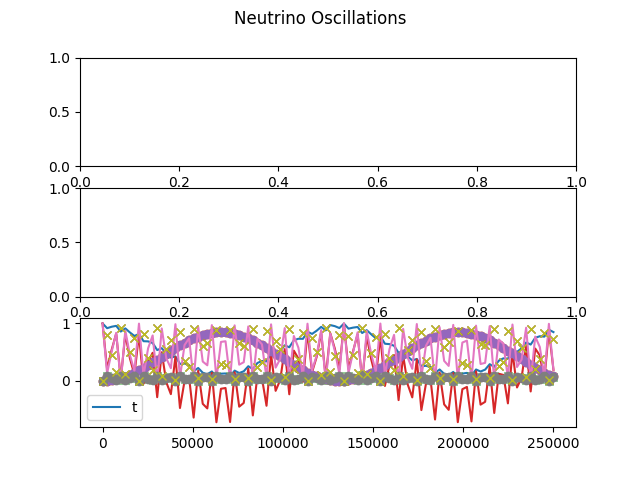
Repository: MichaelCullen2011/QuantumAndNeutrinos
Script's output: python neutrinos.py
An editor plug-in stored every save of this project. The script's output is shown before and after a run of saves, followed by the edit.
Random numbers start from a fixed seed.

Above is the script's output before, as saved 2021-06-02 16:32:40.

### neutrinos.py
import numpy as np
import matplotlib.pyplot as plt


'''
To Do           - tau interactions
                - clean up constant variables into dicts or lists
'''


'''
Variables and Constants
'''
# # Constants
# Mass difference squared between two flavour states
delta_m_sq = {'eu': 7.53e-5, 'tu': 2.44e-3, 'te': 2.44e-3, 'ue': 7.53e-5, 'ut': 2.44e-3, 'et': 2.44e-3}     # eV**2
delta_m_e_mu_sq = 7.53e-5      # eV**2
delta_m_tau_mu_sq = 2.44e-3    # eV**2  # can be +ve or -ve
delta_m_tau_e_sq = 2.44e-3     # eV**2  # can be +ve or -ve
delta_m_mu_e_sq = delta_m_e_mu_sq      # eV**2
delta_m_mu_tau_sq = delta_m_tau_mu_sq    # can be +ve or -ve
delta_m_e_tau_sq = delta_m_tau_e_sq     # eV**2

# Angle between flavour states
sin_q_theta = {'eu': 0.846, 'tu': 0.92, 'te': 0.093, 'ue': 0.846, 'ut': 0.92, 'et': 0.093}
sin_sq_theta_e_tau = 0.093
sin_sq_theta_e_mu = 0.846
sin_sq_theta_mu_tau = 0.92      # actually > 0.92 but it varies on atmospheric values
sin_sq_theta_mu_e = sin_sq_theta_e_mu
sin_sq_theta_tau_e = sin_sq_theta_e_tau
sin_sq_theta_tau_mu = sin_sq_theta_mu_tau

G_f = 1.1663787e-5         # GeV-2
sin_sq_theta_w = 0.22290        # Weinberg angle
m_e = 0.511 * 1e-3     # GeV c-2
m_u = 105 * 1e-3       # GeV c-2
sigma_naught = 1.72e-45         # m**2 / GeV

# # Variables
m_out = 10       # reactant mass out (electrons, muons etc)
m_in = 1000        # reactant mass in (electrons, muons etc)
E_v = 100     # Neutrino energy
L = 10       # distance oscillating (for oscillation)
E = E_v     # Neutrino beam energy
d = 10       # distance travelled (for decoherence)



'''
Oscillation Probabilities   -   p_oscill = (np.sin(2 * theta))**2 * (np.sin((delta_m_sq * L) / (4 * E)))**2
'''
class Oscillations:
    def __init__(self, distance):
        self.prob_list = {
            'eu': [], 'et': [],
            'ue': [], 'ut': [],
            'te': [], 'tu': [],
            'ee': [], 'uu': [],     # do these last as theyre calculated based on the previously calculated
            'tt': [],
        }

        self.prob_reduced = {
            'e': [],
            'u': [],
            't': []
        }

        self.prob_neut = []

        self.max_points = 100      # Number of points
        E = 4      # GeV
        self.L = distance    # Km
        self.x_range = np.linspace(0, self.L / E, self.max_points)
        theta_range = np.linspace(0, 2 * np.pi, self.max_points)

    def calculate(self):
        for x in self.x_range:
            # print(f"Calculated Probability of {self.max_points}")
            for change in self.prob_list.keys():
                if change not in ['ee', 'uu', 'tt']:
                    self.prob_list[change].append(Oscillations.prob(self, flavours=change, x=x))
            self.prob_list['ee'].append(1 - (self.prob_list['eu'][-1] + self.prob_list['et'][-1]))
            self.prob_list['uu'].append(1 - (self.prob_list['ue'][-1] + self.prob_list['ut'][-1]))
            self.prob_list['tt'].append(1 - (self.prob_list['te'][-1] + self.prob_list['tu'][-1]))

        self.prob_reduced['e'] = [self.prob_list['ee'], self.prob_list['eu'], self.prob_list['et']]
        self.prob_reduced['u'] = [self.prob_list['uu'], self.prob_list['ue'], self.prob_list['ut']]
        self.prob_reduced['t'] = [self.prob_list['tt'], self.prob_list['te'], self.prob_list['tu']]
        Oscillations.plot(self)

    def plot(self):
        fig, axs = plt.subplots(3)
        fig.suptitle('Neutrino Oscillations')

        for initial_flavours, probs in self.prob_reduced.items():
            plt.plot(self.x_range, probs[0], '-')
            plt.plot(self.x_range, probs[1], 'o')
            plt.plot(self.x_range, probs[2], 'x')
            plt.legend(initial_flavours)
        # plt.legend(self.prob_neut.keys())
        plt.show()

    def prob(self, flavours, x):
        if flavours == 'eu':
            prob = sin_sq_theta_e_mu * np.square(np.sin(1.27 * delta_m_e_mu_sq * x / 4))
        elif flavours == 'et':
            prob = sin_sq_theta_e_tau * np.square(np.sin(1.27 * delta_m_e_tau_sq * x / 4))
        elif flavours == 'ue':
            prob = sin_sq_theta_e_mu * np.square(np.sin(1.27 * delta_m_mu_e_sq * x / 4))
        elif flavours == 'ut':
            prob = sin_sq_theta_mu_tau * np.square(np.sin(1.27 * delta_m_mu_tau_sq * x / 4))
        elif flavours == 'te':
            prob = sin_sq_theta_tau_e * np.square(np.sin(1.27 * delta_m_tau_e_sq * x / 4))
        elif flavours == 'tu':
            prob = sin_sq_theta_tau_mu * np.square(np.sin(1.27 * delta_m_tau_mu_sq * x / 4))
        return prob



'''
Cross Sections
'''
class CrossSections:
    def __init__(self, energy, lepton):
        E_v = energy
        sigma_naught = 1.72e-45

        s_e = sigma_naught * np.pi / G_f**2
        s_u = s_e * (m_u / m_e)

        sigma_naught_e = (2 * m_e * G_f**2 * E_v) / np.pi
        sigma_naught_u = (2 * m_u * G_f**2 * E_v) / np.pi

        if lepton == 'e':
            sigma_naught = sigma_naught_e
            self.cs_without_ms = {'e_e': [], 'E_E': [], 'E_U': [], 'u_e': [], 'u_u': [], 'U_U': []}
            self.cs_with_ms = {'e_e': [], 'E_E': [], 'E_U': [], 'u_e': [], 'u_u': [], 'U_U': []}

        elif lepton == 'u':
            sigma_naught = sigma_naught_u
            self.cs_without_ms = {'e_e': [], 'E_E': [], 'U_E': [], 'e_u': [], 'u_u': [], 'U_U': []}
            self.cs_with_ms = {'e_e': [], 'E_E': [], 'U_E': [], 'e_u': [], 'u_u': [], 'U_U': []}

        for flavour in self.cs_without_ms.keys():
            cs = CrossSections.neutrino_and_electron(self, flavour=flavour) * energy * sigma_naught
            self.cs_without_ms[flavour].append(cs)
            self.cs_with_ms[flavour].append(
                cs * energy * sigma_naught *
                CrossSections.mass_suppression(
                    self, flavour, energy=energy, reaction_lepton=lepton
                )
            )

    def neutrino_and_electron(self, flavour):
        if flavour == 'e_e':
            cs = 0.25 + sin_sq_theta_w + (4 / 3) * np.square(sin_sq_theta_w)
        elif flavour == 'E_E':
            cs = (1 / 12) + 1 / 3 * (sin_sq_theta_w + 4 / 3 * np.square(sin_sq_theta_w))
        elif flavour == 'E_U' or flavour == 'U_E':
            cs = 1 / 3
        elif flavour == 'u_e' or flavour == 'e_u':
            cs = 1
        elif flavour == 'u_u':
            cs = 1 / 4 - sin_sq_theta_w + 4 / 3 * np.square(sin_sq_theta_w)
        elif flavour == 'U_U':
            cs = 1 / 12 - 1 / 3 * sin_sq_theta_w + 4 / 3 * np.square(sin_sq_theta_w)
        return cs

    def mass_suppression(self, flavour, energy, reaction_lepton='e'):
        m_E = m_e
        m_U = m_u
        if reaction_lepton == 'e':
            m_in = m_e
        elif reaction_lepton == 'u':
            m_in = m_u

        if flavour == 'e_e':
            zeta = 1 - ((m_e ** 2) / (m_in ** 2 + 2 * m_in * energy))
        elif flavour == 'E_E':
            zeta = 1 - ((m_e ** 2) / (m_in ** 2 + 2 * m_in * energy))
        elif flavour == 'E_U':
            zeta = 1 - ((m_u ** 2) / (m_in ** 2 + 2 * m_in * energy))
        elif flavour == 'u_e':
            zeta = 1 - ((m_u ** 2) / (m_in ** 2 + 2 * m_in * energy))
        elif flavour == 'u_u':
            zeta = 1 - ((m_e ** 2) / (m_in ** 2 + 2 * m_in * energy))
        elif flavour == 'U_U':
            zeta = 1 - ((m_e ** 2) / (m_in ** 2 + 2 * m_in * energy))
        # neutrino-muon specific reactions
        elif flavour == 'U_E':
            zeta = 1 - ((m_e ** 2) / (m_in ** 2 + 2 * m_in * energy))
        elif flavour == 'e_u':
            zeta = 1 - ((m_e ** 2) / (m_in ** 2 + 2 * m_in * energy))
        return zeta



'''
Wave Functions (for plotting)
'''
class WaveFunctions:
    def __init__(self, accuracy):
        phi = np.linspace(0, np.pi, accuracy)
        theta = np.linspace(0, 2 * np.pi, 20)
        prob_at_detector = {'e_e': [], 'e_mu': [], 'e_tau': [],
                            'mu_mu': [], 'mu_e': [], 'mu_tau': [],
                            'tau_tau': [], 'tau_e': [], 'tau_mu': []}
        flavour_list = ['e_e', 'e_mu', 'e_tau', 'mu_mu', 'mu_e', 'mu_tau', 'tau_tau', 'tau_e', 'tau_mu']
        detector_1 = {'e_e': [], 'e_mu': [], 'e_tau': [],
                      'mu_mu': [], 'mu_e': [], 'mu_tau': [],
                      'tau_tau': [], 'tau_e': [], 'tau_mu': []}
        detector_2 = {'e_e': [], 'e_mu': [], 'e_tau': [],
                      'mu_mu': [], 'mu_e': [], 'mu_tau': [],
                      'tau_tau': [], 'tau_e': [], 'tau_mu': []}

        for flavour_change in flavour_list:
            for phi_value in phi:
                prob_at_detector[flavour_change].append(WaveFunctions.prob(self, flavour=flavour_change, phi=phi_value))

            for tuple in prob_at_detector[flavour_change]:
                detector_1[flavour_change].append(tuple[0])
                detector_2[flavour_change].append(tuple[0])

        fig1 = plt.figure()
        fig2 = plt.figure()
        ax1 = fig1.add_subplot(111)
        ax2 = fig2.add_subplot(111)
        ax1.title.set_text('Detector 1 Probabilities')
        ax2.title.set_text('Detector 2 Probabilities')

        ax1.set_xticks(ticks=np.linspace(start=0, stop=2 * np.pi, num=int(accuracy)))
        ax1.set_yticks(ticks=np.linspace(0, 1, num=5))
        ax2.set_xticks(ticks=np.linspace(start=0, stop=2 * np.pi, num=int(accuracy)))
        ax2.set_yticks(ticks=np.linspace(0, 1, num=5))


        for prob_list in detector_1.values():
            #print(prob_list)
            ax1.plot(phi, prob_list, '--', linewidth=1)

        for prob_list in detector_2.values():
            #print(prob_list)
            ax2.plot(phi, prob_list, '--', linewidth=1)

        ax1.legend(flavour_list, loc=1)
        ax2.legend(flavour_list, loc=1)

    def prob(self, flavour, phi):
        order_tau_d_same = 1
        order_tau_d_change = 1 / 3
        if flavour == 'e_e':
            prob_f1 = 1
            prob_f2 = 0
        elif flavour == 'e_mu':
            prob_f1 = 1 - (np.sqrt(sin_sq_theta_e_tau) / 2) * (1 - order_tau_d_change * np.cos(phi))
            prob_f2 = (np.sqrt(sin_sq_theta_e_tau) / 2) * (1 - order_tau_d_change * np.cos(phi))
        elif flavour == 'e_tau':
            prob_f1 = 1 - (np.sqrt(sin_sq_theta_e_tau) / 2) * (1 - order_tau_d_change * np.cos(phi))
            prob_f2 = (np.sqrt(sin_sq_theta_e_tau) / 2) * (1 - order_tau_d_change * np.cos(phi))
        if flavour == 'mu_mu':
            prob_f1 = 1
            prob_f2 = 0
        elif flavour == 'mu_e':
            prob_f1 = 1 - (np.sqrt(sin_sq_theta_e_mu) / 2) * (1 - order_tau_d_change * np.cos(phi))
            prob_f2 = (np.sqrt(sin_sq_theta_e_mu) / 2) * (1 - order_tau_d_change * np.cos(phi))
        elif flavour == 'mu_tau':
            prob_f1 = 1 - (np.sqrt(sin_sq_theta_mu_tau) / 2) * (1 - order_tau_d_change * np.cos(phi))
            prob_f2 = (np.sqrt(sin_sq_theta_mu_tau) / 2) * (1 - order_tau_d_change * np.cos(phi))
        if flavour == 'tau_tau':
            prob_f1 = 1
            prob_f2 = 0
        elif flavour == 'tau_e':
            prob_f1 = 1 - (np.sqrt(sin_sq_theta_tau_e) / 2) * (1 - order_tau_d_change * np.cos(phi))
            prob_f2 = (np.sqrt(sin_sq_theta_tau_e) / 2) * (1 - order_tau_d_change * np.cos(phi))
        elif flavour == 'tau_mu':
            prob_f1 = 1 - (np.sqrt(sin_sq_theta_tau_mu) / 2) * (1 - order_tau_d_change * np.cos(phi))
            prob_f2 = (np.sqrt(sin_sq_theta_tau_mu) / 2) * (1 - order_tau_d_change * np.cos(phi))
        return prob_f1, prob_f2



'''
Gates
'''
class Gates:
    def __init__(self, energy_list):
        self.energy_list = energy_list
        self.gate_energy_reactions = None
        self.leptons = {'e': [], 'u': []}       # currently only considering e and mu (no tau)
        self.all_values = {}

    def calculate(self):
        for energy in self.energy_list:
            for lepton in self.leptons.keys():
                # print(f'\n Cross Sections for Reactions with {lepton} at {energy} GeV:')
                self.leptons[lepton] = CrossSections(energy=energy, lepton=lepton)    # Energy in GeV

            gate_reactions = Gates.gate_cs(Gates.combine_cs(self))
            if self.gate_energy_reactions is None:      # checking if first time running this script
                self.gate_energy_reactions = gate_reactions
            else:
                for flavour, value in gate_reactions.items():
                    self.gate_energy_reactions[flavour].append(value[0])
            self.all_values[energy] = [values for values in gate_reactions.values()]
            print(f"Average Prob for {energy} GeV: ", np.average(self.all_values[energy]))
            if energy == self.energy_list[-1]:
                print(f"Neutrino-Lepton Gate Probabilities for {energy}GeV: \n {gate_reactions}")

        # plot
        Gates.plot_energies(self)
        plt.show()


    def combine_cs(self):
        all_cs = {'e_e': [], 'e_u': [], 'u_u': [], 'u_e': [], 'E_E': [], 'E_U': [], 'U_U': [], 'U_E': []}
        e_class = self.leptons['e']
        u_class = self.leptons['u']
        for all_reaction in all_cs.keys():
            for e_reaction, e_value in e_class.cs_without_ms.items():
                if e_reaction == all_reaction:
                    all_cs[all_reaction].append(e_value[0])
            for u_reaction, u_value in u_class.cs_without_ms.items():
                if u_reaction == all_reaction:
                    all_cs[all_reaction].append(u_value[0])

        for all_reaction, all_values in all_cs.items():
            if len(all_values) > 1:
                all_cs[all_reaction] = [(all_values[0] + all_values[1]) / 2]
        return all_cs


    @staticmethod
    def gate_cs(all_cs):
        # creates our final dict with the probabilities for all gate interactions
        single_reactions = ['e_e', 'e_u', 'u_u', 'u_e']
        single_reactions_anti = ['E_E', 'E_U', 'U_U', 'U_E']
        whole_reaction = []
        for first_reaction in single_reactions:
            for second_reaction in single_reactions:
                whole_reaction.append(first_reaction[0] + second_reaction[0] + '_' + first_reaction[2] + second_reaction[2])
        for first_reaction in single_reactions_anti:
            for second_reaction in single_reactions_anti:
                whole_reaction.append(first_reaction[0] + second_reaction[0] + '_' + first_reaction[2] + second_reaction[2])
        gate_reactions = {whole_keys: [] for whole_keys in whole_reaction}


        # reaction 1 is reaction_combined[0] + '_' + reaction_combined[3]
        # reaction 2 in reaction_combined[1] + '_' + reaction_combined[4]
        for reaction_combined in gate_reactions.keys():
            first_reaction = reaction_combined[0] + '_' + reaction_combined[3]
            second_reaction = reaction_combined[1] + '_' + reaction_combined[4]
            gate_reactions[reaction_combined] = [all_cs[first_reaction][0] * all_cs[second_reaction][0]]

        # for key, value in gate_reactions.items():
        #     print(f"{key}: {value}")
        return gate_reactions


    def plot_energies(self):
        for flavour, values in self.gate_energy_reactions.items():
            self.gate_energy_reactions[flavour] = [values, list(self.energy_list)]

        for flavour, values in self.gate_energy_reactions.items():
            plt.plot(values[1], values[0], '-')
        plt.title(f"Neutrino-Lepton Gate Cross-Sections for Energies: {int(min(self.energy_list))}GeV - {int(max(self.energy_list))}GeV")
        plt.legend(self.gate_energy_reactions.keys())



'''
Running
'''
Oscillations(distance=1e6).calculate()    # Prints oscillation probabilities for flavours given the distance it travels

# WaveFunctions(accuracy=20)      # Currently Broken. Doesnt plot correctly # Accuracy is the number of points within the range

# Gates(energy_list=np.linspace(1, 100, 10)).calculate()         # calculates and plots gate probabilities at various energies for different interactions

plt.show()

After the next 2 saves:
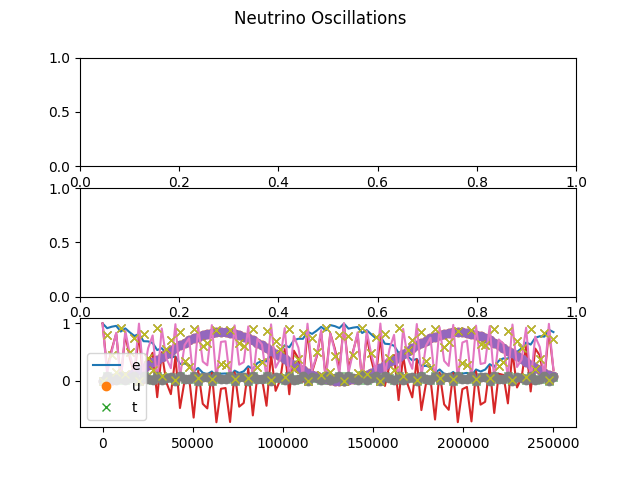
The 2 saves are shown as one change because 1 did not build or start.
The last was saved 37 s later.
--- a/neutrinos.py
+++ b/neutrinos.py
@@ -96,7 +96,7 @@ class Oscillations:
             plt.plot(self.x_range, probs[0], '-')
             plt.plot(self.x_range, probs[1], 'o')
             plt.plot(self.x_range, probs[2], 'x')
-            plt.legend(initial_flavours)
+        plt.legend(self.prob_reduced.keys())
         # plt.legend(self.prob_neut.keys())
         plt.show()
 
